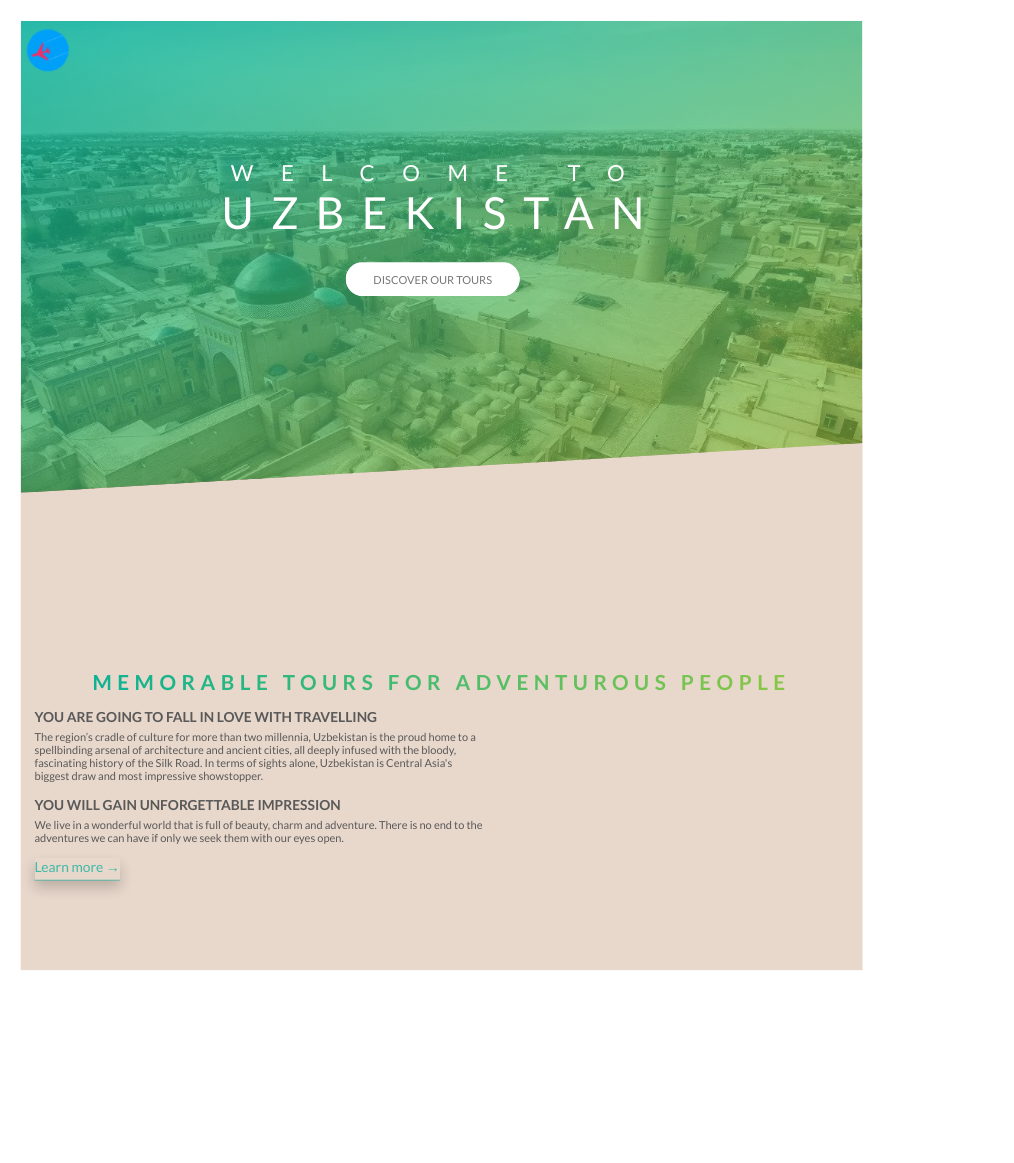
Repository: bmbrdr/UzTours
Page: index.html
These files come from the project's save history. The page is drawn as it stood at one moment and after the next save; the edit follows.
The browser window is 1280 px wide. The page is 1470 px wide, so the pictures cover 1470 px, including what lies to the right of the window. The pictures show the whole page, at 69% of full size.
The style sheet was rebuilt from its Sass, Less or Tailwind sources for each picture, by a compiler version that may differ from the author's.

Above is the page before, as saved 2021-08-09 11:54:17.

After the next save:
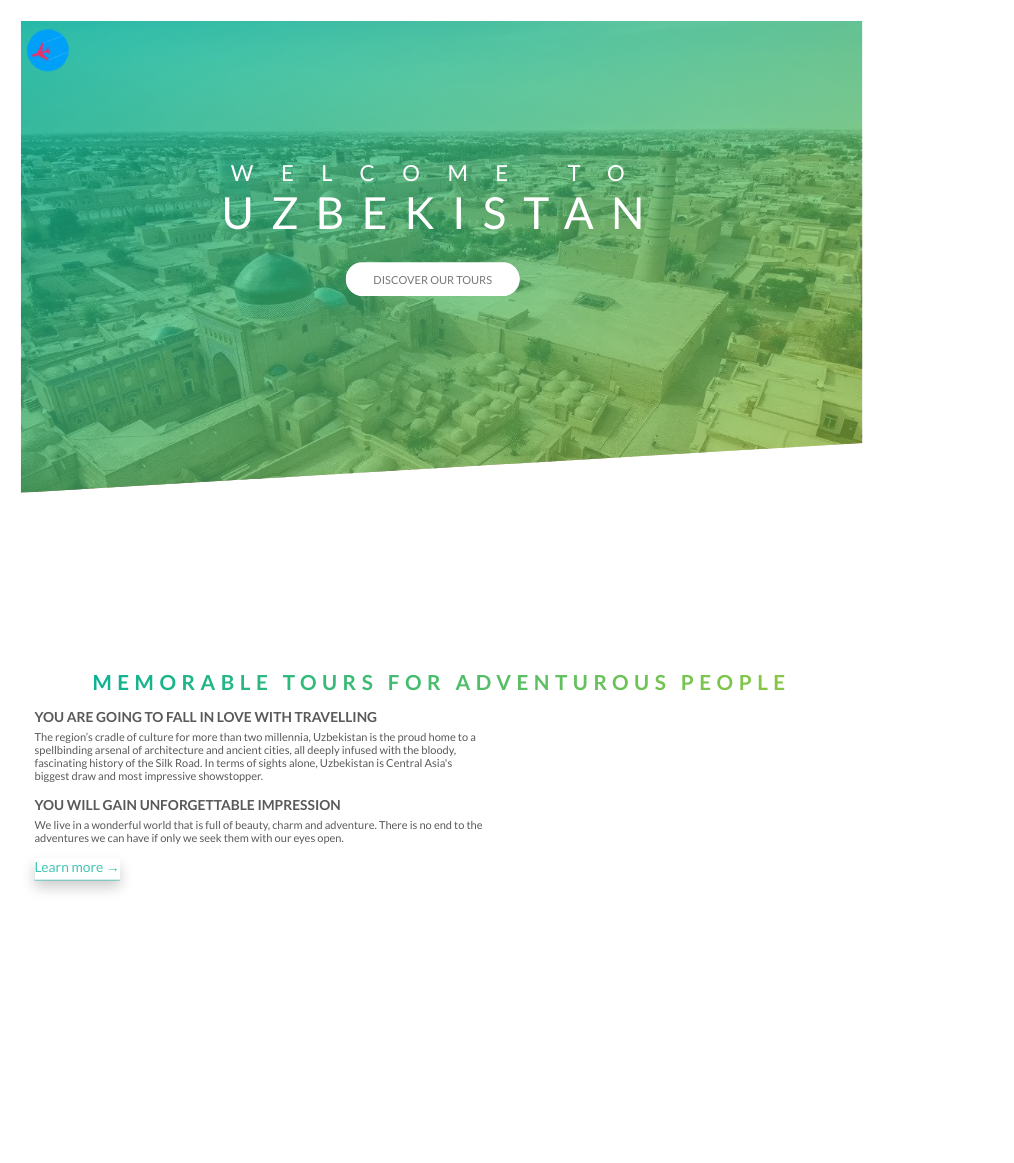
Saved 46 s later.
--- a/style/abstracts/_variables.scss
+++ b/style/abstracts/_variables.scss
@@ -2,7 +2,7 @@ $color-primary: #fefaa9;
 $color-primary-light: #00b09bbe;
 $color-primary-dark: #96c93dc0;
 $color-white: #fff;
-$color-sunset-gray: #e8d7cb;
+$color-sunset-gray: #fff;
 $color-dark-grey: #777;
 $color-black: #000;
 $color-orange: rgb(252, 155, 28);
